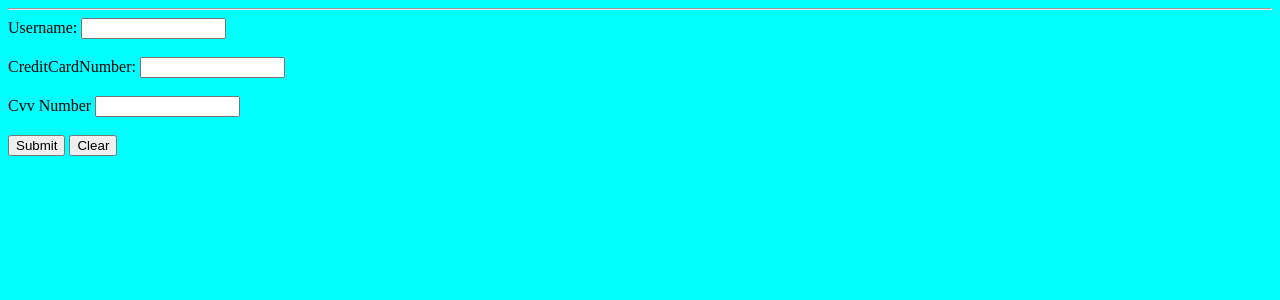
Repository: laikrish/day10
Page: CreditCard/WebContent/creditcard.html
These files come from the project's save history. The page is drawn as it stood at one moment and after the next save; the edit follows.
The browser window is 1280 px wide. The pictures show the whole page.

Above is the page before, as saved 2018-09-06 09:33:47.

### CreditCard/WebContent/creditcard.html
<!DOCTYPE html>
<html>
<head>
<meta charset="ISO-8859-1">
<title>Credit Card Details</title>
</head>
<body bgcolor="cyan">
<hr>
<form action="credit" method="post">
<label> Username: </label>
<input type ="text" name="username" size="15"/>
<br><br>

<label> CreditCardNumber: </label>
<input type ="text" name="creditcardnumber" size="15"/>
<br><br>
<label>Cvv Number </label>
<input type ="text" name="cvvnumber" size="15"/>
<br><br>
<input type="submit"/>
<input type="reset" value="Clear"/>
<br><br>
</form>

</body>
</html>

After the next save:
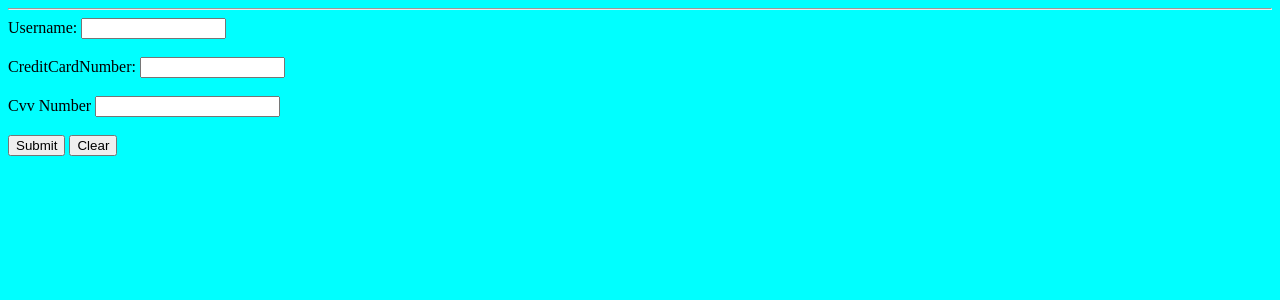
Saved 104 s later.
--- a/CreditCard/WebContent/creditcard.html
+++ b/CreditCard/WebContent/creditcard.html
@@ -10,17 +10,15 @@
 <label> Username: </label>
 <input type ="text" name="username" size="15"/>
 <br><br>
-
 <label> CreditCardNumber: </label>
 <input type ="text" name="creditcardnumber" size="15"/>
 <br><br>
 <label>Cvv Number </label>
-<input type ="text" name="cvvnumber" size="15"/>
+<input type ="text" name="cvvnumber" min="3" max="4"/>
 <br><br>
 <input type="submit"/>
 <input type="reset" value="Clear"/>
 <br><br>
 </form>
-
 </body>
 </html>
